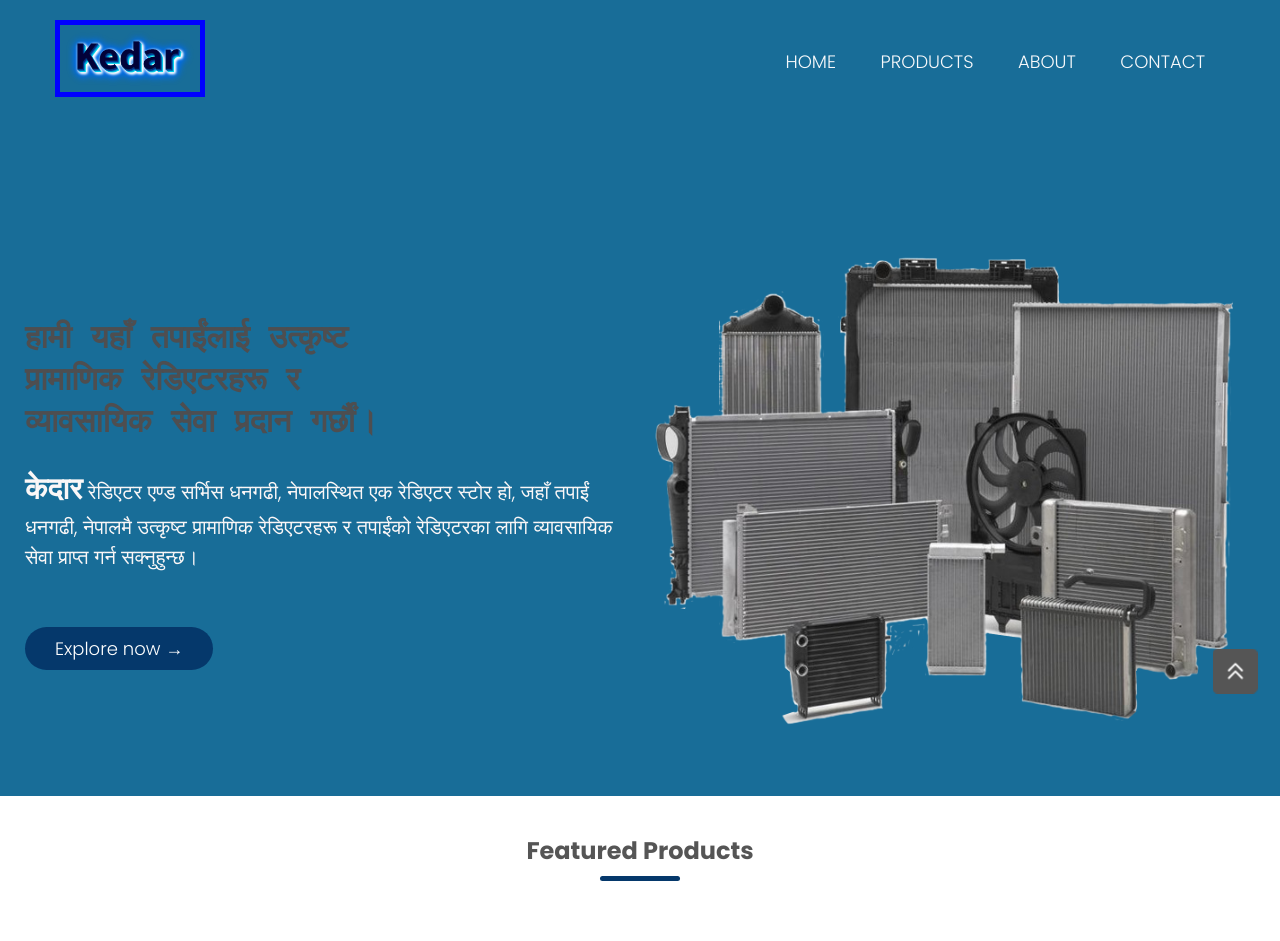
Repository: shyamchand-git/KedarRadiator
Page: index.html
The author's editor kept a copy of each file at every save. The page is drawn from the files as they stood at one save, then again after the next save.
The browser window is 1280 px wide. The pictures show the part of the page from y = 0 to 941 px (the page is 2957 px tall).
A picture or video elsewhere on the page could not be fetched, so the positions and the page height are approximate.

Above is the page before, as saved 2026-02-22 13:27:09.

After the next save:
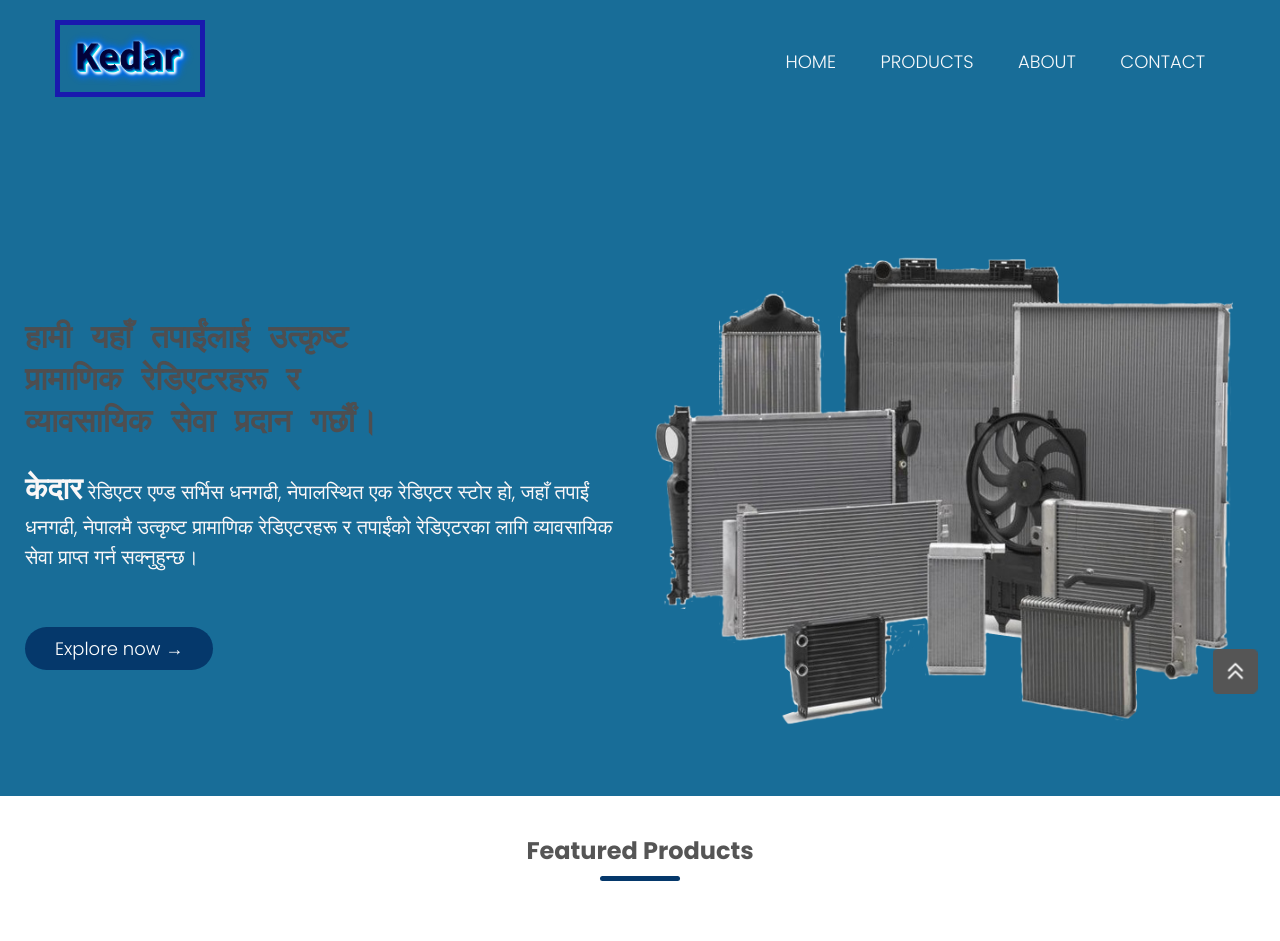
Saved 6 s later.
--- a/index.html
+++ b/index.html
@@ -238,7 +238,7 @@
                 <div class="naVbar ">
                     <div class="logo">
                         <a href="index.html"> <img src="images/kedar-logo.png" alt="Kedar Rediator"
-                                width="150px" style="border: 5px solid blue;"> </a>
+                                width="150px" style="border: 5px solid rgb(25, 25, 174);"> </a>
 
                     </div>
                     <nav>
